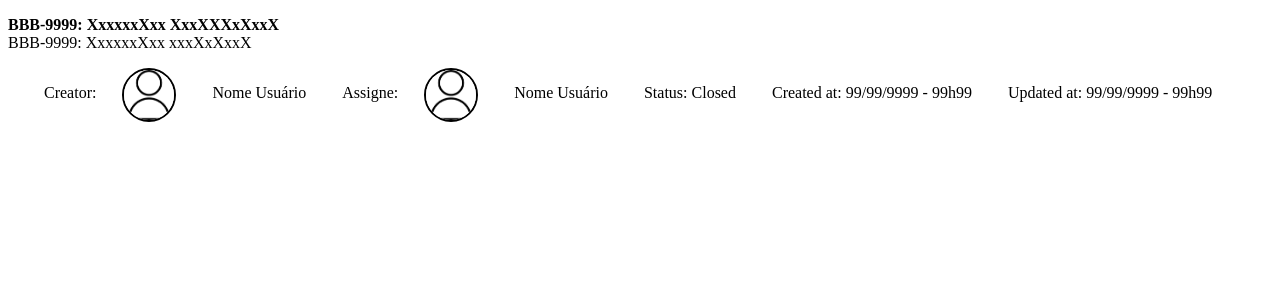
Repository: AnaBerlanda/PaginaFer
Page: index.html
The author's editor kept a copy of each file at every save. The page is drawn from the files as they stood at one save, then again after the next save.
The browser window is 1280 px wide. The pictures show the whole page.

Above is the page before, as saved 2022-05-20 15:58:25.

After the next save:
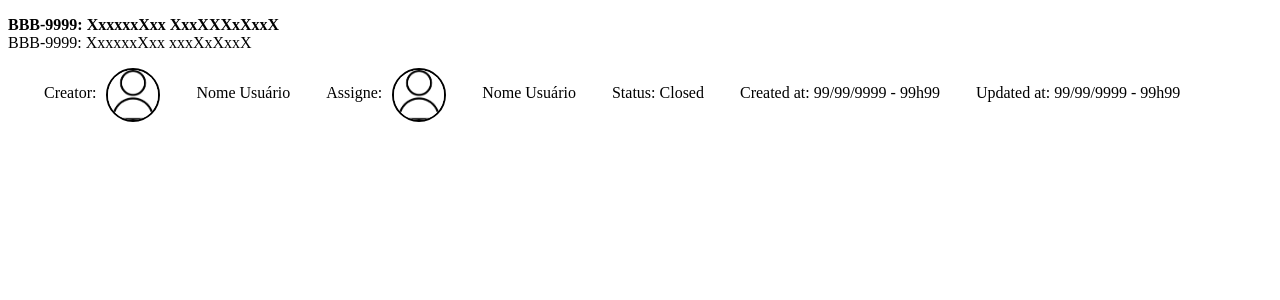
Saved 7 s later.
--- a/index.css
+++ b/index.css
@@ -7,7 +7,7 @@
     height: 50px;
     border-radius: 50%;
     border: 2px solid black;
-    margin-left: 26px;
+    margin-left: 10px;
 }
 .textos{
     margin-left: 36px;
